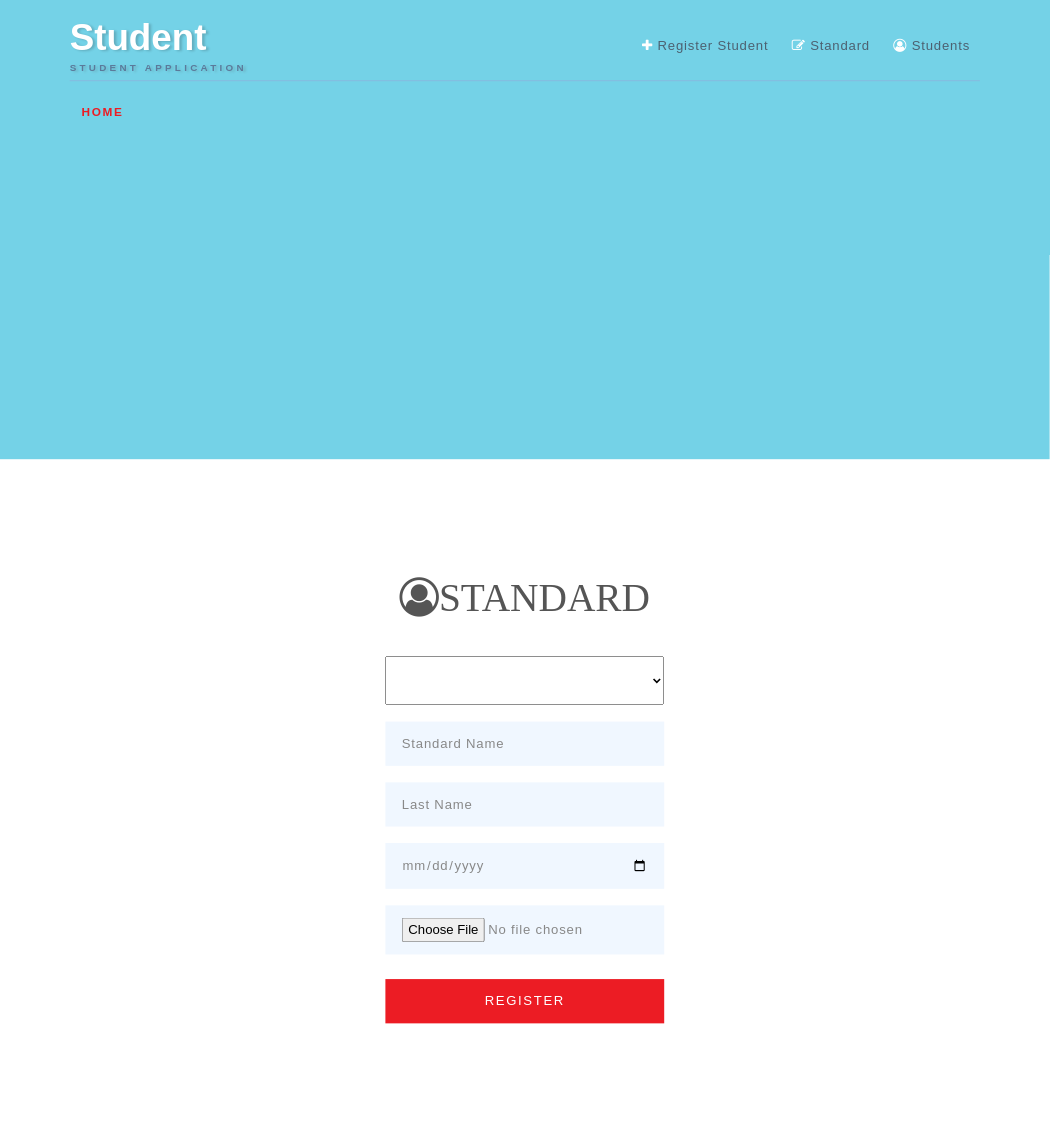
Repository: PallaviMadiya/Java-Framework-
Page: http://localhost/StudentApplication/standard.jsp
An editor plug-in stored every save of this project. The page is shown before and after the next save, followed by the edit.
The browser window is 1280 px wide. The pictures show the whole page, at 82% of full size.
Some web fonts or font styles are not loaded; a fallback is used. The page is served by Tomcat 9. Other server files are loaded and not shown. Queries for data that is not in the repository find no rows.

Above is the page before, as saved 2023-10-18 08:54:38.

### StudentApplication/src/main/webapp/standard.jsp

<%@ page language="java" contentType="text/html; charset=ISO-8859-1"
    pageEncoding="ISO-8859-1"%>
    <%@page import="dao.StudentDao"%>
<%@page import="model.Standard"%>
<%@page import="java.util.*"%>
<!DOCTYPE html>
<html>
<head>
<meta charset="ISO-8859-1">
<title>Insert title here</title>
</head>
<body>
<%@include file="header.jsp" %>
 <!-- //banner-->
    <!--/login -->
    <section class="banner-bottom py-5">
        <div class="container">
            <div class="content-grid">
                <div class="text-center icon">
                    <span class="fa fa-user-circle-o">STANDARD</span>
                </div>
                <div class="content-bottom">

                    <form action="StudentController" method="post" enctype='multipart/form-data'>
                        <%List<Standard> list = StudentDao.getStandardList(); %>

                    	<select name="id"  style="width:340px; height:60px; margin-bottom:20px;">
							<% for (Standard s : list) { %>
								<option value="" disabled selected hidden>&nbsp &nbsp Select Standard</option>
								<option value="<%=s.getId() %>"><%=s.getName() %></option>
							<% } %>
						</select>


                        <div class="field-group">
                            <div class="content-input-field">
                                <input name="name" id="text1" type="text" value="" placeholder="Standard Name" required="">
                            </div>
                        </div>

                        <div class="field-group">
                            <div class="content-input-field">
                                <input name="sta" id="text1" type="text" value="" placeholder="Last Name" required="">
                            </div>
                        </div>

                        <div class="field-group">
                            <div class="content-input-field">
                                <input name="dob" id="text1" type="date" value="" placeholder="Date Of Birth" required="">
                            </div>
                        </div>

                        <div class="field-group">
                            <div class="content-input-field">
                                <input name="image" id="text1" type="file" value="" placeholder="Student Image" required="">
                            </div>
                        </div>


                        <div class="content-input-field">
                            <button type="submit" class="btn" name="action" value="register">Register</button>
                        </div>

                    </form>
                </div>
            </div>
        </div>
    </section>
    <!-- /login -->
</body>
</html>

### StudentApplication/src/main/webapp/header.jsp
<%@ page language="java" contentType="text/html; charset=ISO-8859-1"
    pageEncoding="ISO-8859-1"%>
<!--
Author:W3layouts
Author URL: http://w3layouts.com
License: Creative Commons Attribution 3.0 Unported
License URL: http://creativecommons.org/licenses/by/3.0/
-->

<!DOCTYPE html>
<html lang="zxx">

<head>
    <title>Baggage Ecommerce Category Bootstrap Responsive Web Template | Home :: W3layouts</title>
    <!-- Meta tag Keywords -->
    <meta name="viewport" content="width=device-width, initial-scale=1">
    <meta charset="UTF-8" />
    <meta name="keywords" content="Baggage Responsive web template, Bootstrap Web Templates, Flat Web Templates, Android Compatible web template, Smartphone Compatible web template, free webdesigns for Nokia, Samsung, LG, SonyEricsson, Motorola web design" />
    <script>
        addEventListener("load", function() {
            setTimeout(hideURLbar, 0);
        }, false);

        function hideURLbar() {
            window.scrollTo(0, 1);
        }
    </script>
    <!-- //Meta tag Keywords -->
    <!-- Custom-Files -->
    <link rel="stylesheet" href="css/bootstrap.css">
    <!-- Bootstrap-Core-CSS -->
    <link rel="stylesheet" href="css/style.css" type="text/css" media="all" />
    <!-- Style-CSS -->
    <!-- font-awesome-icons -->
    <link href="css/font-awesome.css" rel="stylesheet">
    <!-- //font-awesome-icons -->
    <!-- /Fonts -->
    <link href="//fonts.googleapis.com/css?family=Hind:300,400,500,600,700" rel="stylesheet">
    <!-- //Fonts -->

</head>

<body>
    <div class="main-sec">
        <!-- //header -->
        <header class="py-sm-3 pt-3 pb-2" id="home">
            <div class="container">
                <!-- nav -->
                <div class="top-w3pvt d-flex">
                    <div id="logo">
                        <h1> <a href="index.jsp"><span class="log-w3pvt">Student</a> <label class="sub-des">Student Application</label></h1>
                    </div>

                    <div class="forms ml-auto">
                        <a href="register.jsp" class="btn"><span class="fa fa-plus"></span> Register Student</a>
                        <a href="stadard.jsp" class="btn"><span class="fa fa-pencil-square-o"></span> Standard</a>
                        <a href="student.jsp" class="btn"><span class="fa fa-user-circle-o"></span> Students</a>
                    </div>
                </div>
                <div class="nav-top-wthree">
                    <nav>
                        <label for="drop" class="toggle"><span class="fa fa-bars"></span></label>
                        <input type="checkbox" id="drop" />
                        <ul class="menu">
                            <li class="active"><a href="index.jsp">Home</a></li>

                        </ul>
                    </nav>
                    <!-- //nav -->
                    <div class="clearfix"></div>
                </div>
            </div>
        </header>
        <!-- //header -->

       </div>
  </body>
  </html>

### StudentApplication/src/main/java/dao/StudentDao.java
package dao;

import java.sql.Connection;
import java.sql.PreparedStatement;
import java.sql.ResultSet;
import java.sql.Statement;
import java.util.ArrayList;
import java.util.List;

import connection.DBConnection;
import model.Standard;
import model.Student;

public class StudentDao {

	public static List<Standard> getStandardList(){
		List<Standard> listStandard= new ArrayList<Standard>();
		try {
			Connection conn =  DBConnection.createConnection();
			String sql = "SELECT * FROM standard";
			PreparedStatement pst = conn.prepareStatement(sql);
			ResultSet rs = pst.executeQuery();
			while(rs.next()) {
				Standard s = new Standard();
				s.setId(rs.getInt("id"));
				s.setName(rs.getString("name"));
				s.setStatus(rs.getString("status"));
				listStandard.add(s);
			}

		}catch(Exception e) {
			e.printStackTrace();
		}
		return listStandard;
	}

	public static void addStudent(Student s) {
		try {
			Connection conn = DBConnection.createConnection();
			String sql = "INSERT INTO student(id, fname, lname, dob, image, createdDate, status) VALUES(?,?,?,?,?,?,?)";
			PreparedStatement pst = conn.prepareStatement(sql);
			pst.setInt(1, s.getId());
			pst.setString(2, s.getFname());
			pst.setString(3, s.getLname());
			pst.setString(4, s.getDob());
			pst.setString(5, s.getImage());
			pst.setString(6, s.getCreatedDate());
			pst.setString(7, s.getStatus());
			pst.executeUpdate();

		}catch(Exception e) {
			e.printStackTrace();
		}
	}

	public static List<Student> getStudentList(){
		List<Student> studentList = new ArrayList<Student>();
		try {
			Connection conn = DBConnection.createConnection();
			String sql = "SELECT * FROM student";
			PreparedStatement pst = conn.prepareStatement(sql);
			ResultSet rs = pst.executeQuery();
			while(rs.next()) {
				Student s = new Student();
				s.setSid(rs.getInt("sid"));
				s.setId(rs.getInt("id"));
				s.setFname(rs.getString("fname"));
				s.setLname(rs.getString("lname"));
				s.setDob(rs.getDate("dob").toString());
				s.setImage(rs.getString("image"));
				s.setCreatedDate(rs.getDate("createdDate").toString());
				s.setStatus(rs.getString("status"));
				studentList.add(s);
			}
		}catch(Exception e) {
			e.printStackTrace();
		}
		return studentList;
	}

	public static String getStandardById(int id) {
		String std = "";
		try {
			Connection conn = DBConnection.createConnection();
			String sql = "SELECT name FROM standard WHERE id=?";
			PreparedStatement pst = conn.prepareStatement(sql);
			pst.setInt(1, id);
			ResultSet rs = pst.executeQuery();
			if(rs.next()) {
				std = rs.getString("name");
			}

		}catch(Exception e) {
			e.printStackTrace();
		}

		return std;
	}
}

### StudentApplication/src/main/java/connection/DBConnection.java
package connection;

import java.sql.Connection;
import java.sql.DriverManager;

public class DBConnection {
	public static Connection createConnection() {
		Connection conn = null;
		try {
			Class.forName("com.mysql.cj.jdbc.Driver");
			conn = DriverManager.getConnection("jdbc:mysql://localhost:3306/testdb","root","");
		}catch(Exception e){
			e.printStackTrace();
		}
		return conn;
	}
}

Loaded but not shown: StudentApplication/src/main/webapp/css/bootstrap.css (library); StudentApplication/src/main/webapp/css/font-awesome.css (library); StudentApplication/src/main/webapp/css/style.css (1690 lines, source omitted)

After the next save:
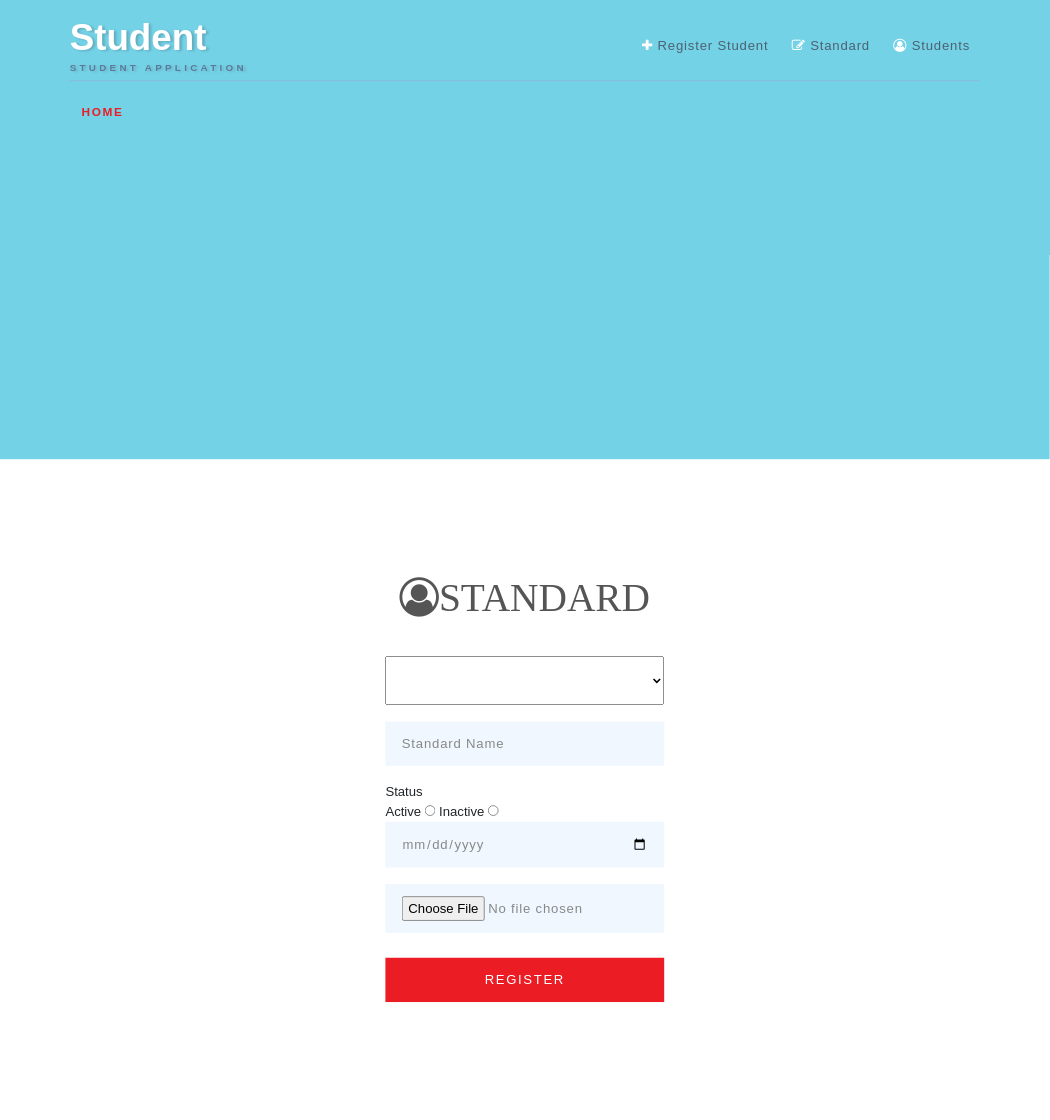
Saved 58 s later.
--- a/StudentApplication/src/main/webapp/standard.jsp
+++ b/StudentApplication/src/main/webapp/standard.jsp
@@ -40,8 +40,10 @@
                         </div>
 
                         <div class="field-group">
-                            <div class="content-input-field">
-                                <input name="sta" id="text1" type="text" value="" placeholder="Last Name" required="">
+							Status
+                            <div class="checkbox-check-radio">
+                               Active <input name="status" id="text3" type="radio" value="active" required="">
+                               Inactive <input name="status" id="text3" type="radio" value="inactive" required="">
                             </div>
                         </div>
 
